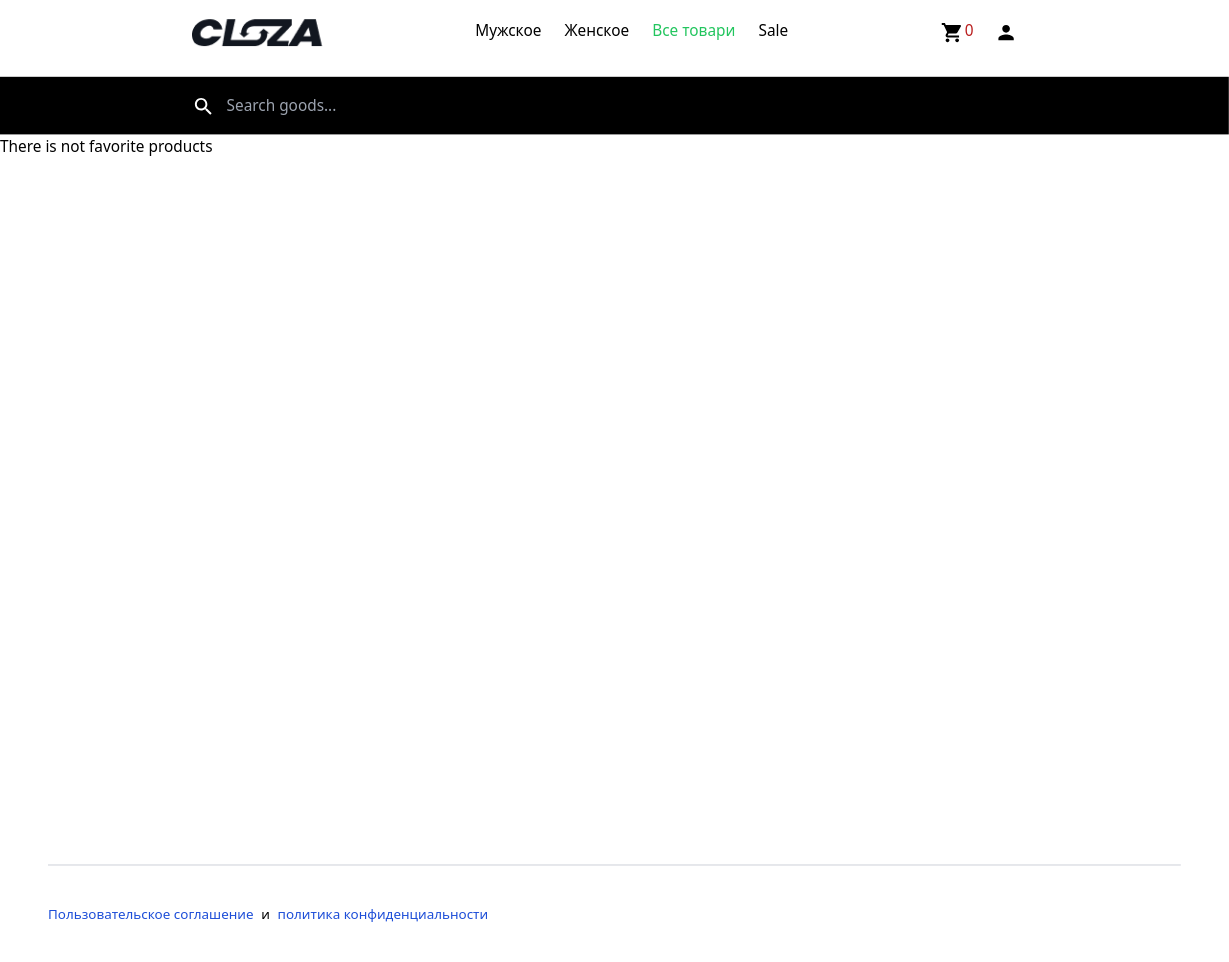
Repository: Ivan-Dovgoniuk/clothes-shop-front-end
Page: /favorite
These files come from the project's save history. The page is drawn as it stood at one moment and after the next save; the edit follows.
The browser window is 1280 px wide. The pictures show the whole page, at 96% of full size.
The page's requests for data from a server got no answer. The project was rebuilt for these pictures with package versions that can differ from the ones it lists, and the page was loaded fresh each time. No one was signed in, and anything a server would have sent is missing. Also part of the build but not shown: src/hooks/checkProductStatus.hook.ts, src/hooks/productStatusEditor.hook.ts, src/Components/ProductItem/ProductItem.tsx, src/Pages/ProductPage/components/Products/Products.tsx, src/Pages/CategoriesPage/components/ResetButton/ResetButton.tsx, src/Pages/CategoriesPage/components/SideBarFilters/Filters/CategoryFilter.tsx, src/Pages/CategoriesPage/components/SideBarFilters/Filters/ColorFilter.tsx, src/Pages/CategoriesPage/components/SideBarFilters/Filters/PriceFilter.tsx and 23 more.

Above is the page before, as saved 2023-01-18 21:48:39.

After the next save:
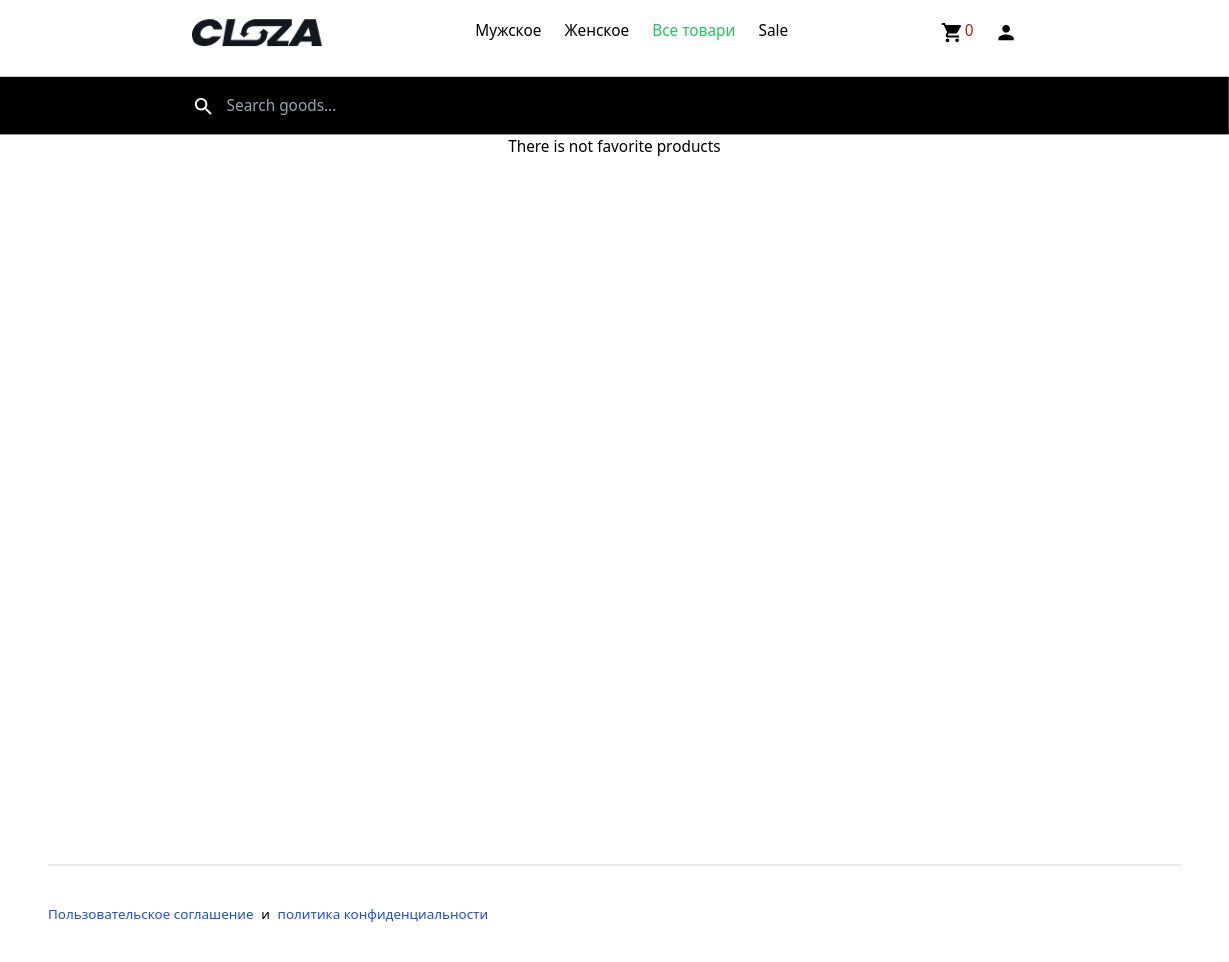
Saved 15 s later.
--- a/src/Pages/FavoriteProductsPage/FavoriteProducts.tsx
+++ b/src/Pages/FavoriteProductsPage/FavoriteProducts.tsx
@@ -8,7 +8,7 @@ export default function FavoriteProducts() {
 
   const {data=[],isLoading} = useGetFavoriteQuery({products_id:favoriteProducts})
 
-  if(!data.length) return <p className='min-h-screen my-0 mx-auto w-full flex-auto'>There is not favorite products</p>
+  if(!data.length) return <p className='min-h-screen my-0 mx-auto w-full flex justify-center align-middle'>There is not favorite products</p>
 
   return (
     <div className='container mt-10 min-h-screen'>
